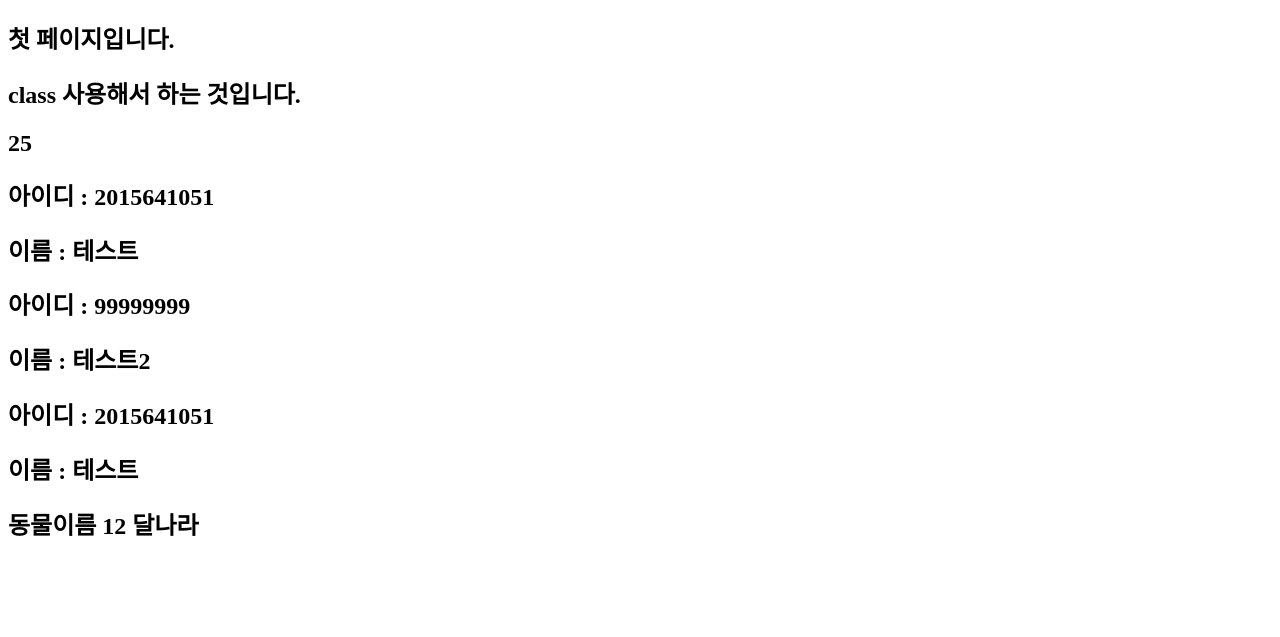
Repository: hodob/JSP_Practice
Page: http://localhost/JSP_WebMarket_JJH/ch04_ex/test.jsp
The author's editor kept a copy of each file at every save. The page is drawn from the files as they stood at one save, then again after the next save.
The browser window is 1280 px wide. The pictures show the whole page.
The page is served by Tomcat 9.

Above is the page before, as saved 2022-08-09 03:13:54.

### JSP_WebMarket_JJH/WebContent/ch04_ex/test.jsp
<%@ page language="java" contentType="text/html; charset=UTF-8"
	pageEncoding="UTF-8"%>
<!DOCTYPE html>
<html>
<head>
<meta charset="UTF-8">
<title>Insert title here</title>
</head>
<body>
	<h2>첫 페이지입니다.</h2>
	<%-- <jsp:forward page="b.jsp"></jsp:forward> --%>
	<%-- 	<jsp:include page="b.jsp">
		<jsp:param value="<%=new java.util.Date().toLocaleString()%>"
			name="date1" />
	</jsp:include> --%>
	<%--
	<jsp:forward page="b.jsp">
		<jsp:param value="admin" name="id" />
		<jsp:param value='<%=java.net.URLEncoder.encode("테스트")%>' name="name" />
		<jsp:param value='<%=java.net.URLEncoder.encode("aaa@bbb.com")%>' name="email" />
	</jsp:forward> --%>
	<%--
	<jsp:forward page="b.jsp">
		<jsp:param value="<%=java.util.Calendar.getInstance().getTime() %>" name="date" />

	</jsp:forward>  --%>

	<%-- 	<jsp:useBean id="date" class ="java.util.Date"></jsp:useBean>   <!--  date 는 객체이름이다.  -->
	<h2>시간에서 , useBean 으로 적용하기, </h2>
	<h2><%=date %></h2> --%>



	<jsp:useBean id="bean123" class="ch04.com.dao.calc"></jsp:useBean>
	<h2>class 사용해서 하는 것입니다.</h2>
	<h2>
		<%
			int result = bean123.pow(5);
		%>
	</h2>
	<!-- out.println 으로 표현하느 ㄴ방법도 있다.  -->
	<h2><%=result%></h2>

	<jsp:useBean id="person" class="ch04.com.dao.Person"></jsp:useBean>
	<h2>
		아이디 :
		<%=person.getId()%></h2>
	<h2>
		이름 :
		<%=person.getName()%></h2>
	<jsp:useBean id="person2" class="ch04.com.dao.Person"></jsp:useBean>
	<%
		person2.setId(99999999);
	person2.setName("테스트2");
	%>
	<h2>
		아이디 :
		<%=person2.getId()%></h2>
	<h2>
		이름 :
		<%=person2.getName()%></h2>
	<h2>
		아이디 :
		<%=person.getId()%></h2>
	<h2>
		이름 :
		<%=person.getName()%></h2>
	<jsp:useBean id="animal" class="ch04.com.dao.Animal"></jsp:useBean>
<%-- 	<%
		animal.setName("동물1");
	animal.setAge(12);
	animal.setLocation("달나라");
--%>

<jsp:setProperty property="name" name="animal" value="동물이름"/>
<jsp:setProperty property="age" name="animal" value="12"/>
<jsp:setProperty property="location" name="animal" value="달나라"/>


<%-- <h2><%=animal.getName() %></h2>
<h2><%=animal.getAge() %></h2>
<h2><%=animal.getLocation() %></h2> --%>
<h2>
<jsp:getProperty property="name" name="animal"/>
<jsp:getProperty property="age" name="animal"/>
<jsp:getProperty property="location" name="animal"/>
</h2>


</body>
</html>

### JSP_WebMarket_JJH/src/ch04/com/dao/calc.java
package ch04.com.dao;

public class calc {

	public int process(int n) {
		return n*n*n;

	}
	public int pow(int n) {
		return n*n;
	}
}

### JSP_WebMarket_JJH/src/ch04/com/dao/Person.java
package ch04.com.dao;

public class Person {
	private int id = 2015641051;
	private String name = "테스트";



	public int getId() {
		return id;
	}
	public void setId(int id) {
		this.id = id;
	}
	public String getName() {
		return name;
	}
	public void setName(String name) {
		this.name = name;
	}




}

### JSP_WebMarket_JJH/src/ch04/com/dao/Animal.java
package ch04.com.dao;

public class Animal {
	String name;
	String location;
	int age;

	public String getName() {
		return name;
	}

	public void setName(String name) {
		this.name = name;
	}

	public String getLocation() {
		return location;
	}

	public void setLocation(String location) {
		this.location = location;
	}

	public int getAge() {
		return age;
	}

	public void setAge(int age) {
		this.age = age;
	}
}

After the next save:
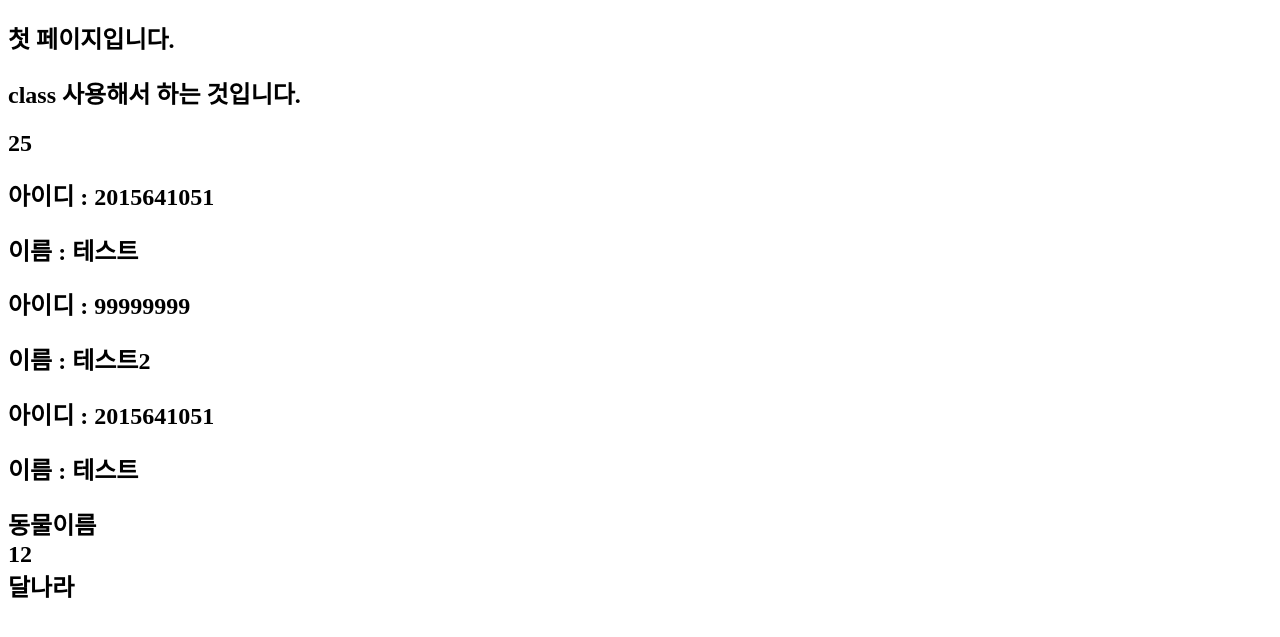
Saved 39 s later.
--- a/JSP_WebMarket_JJH/WebContent/ch04_ex/test.jsp
+++ b/JSP_WebMarket_JJH/WebContent/ch04_ex/test.jsp
@@ -81,9 +81,9 @@
 <h2><%=animal.getAge() %></h2>
 <h2><%=animal.getLocation() %></h2> --%>
 <h2>
-<jsp:getProperty property="name" name="animal"/>
-<jsp:getProperty property="age" name="animal"/>
-<jsp:getProperty property="location" name="animal"/>
+<jsp:getProperty property="name" name="animal"/> <br>
+<jsp:getProperty property="age" name="animal"/> <br>
+<jsp:getProperty property="location" name="animal"/> <br>
 </h2>
 
 
